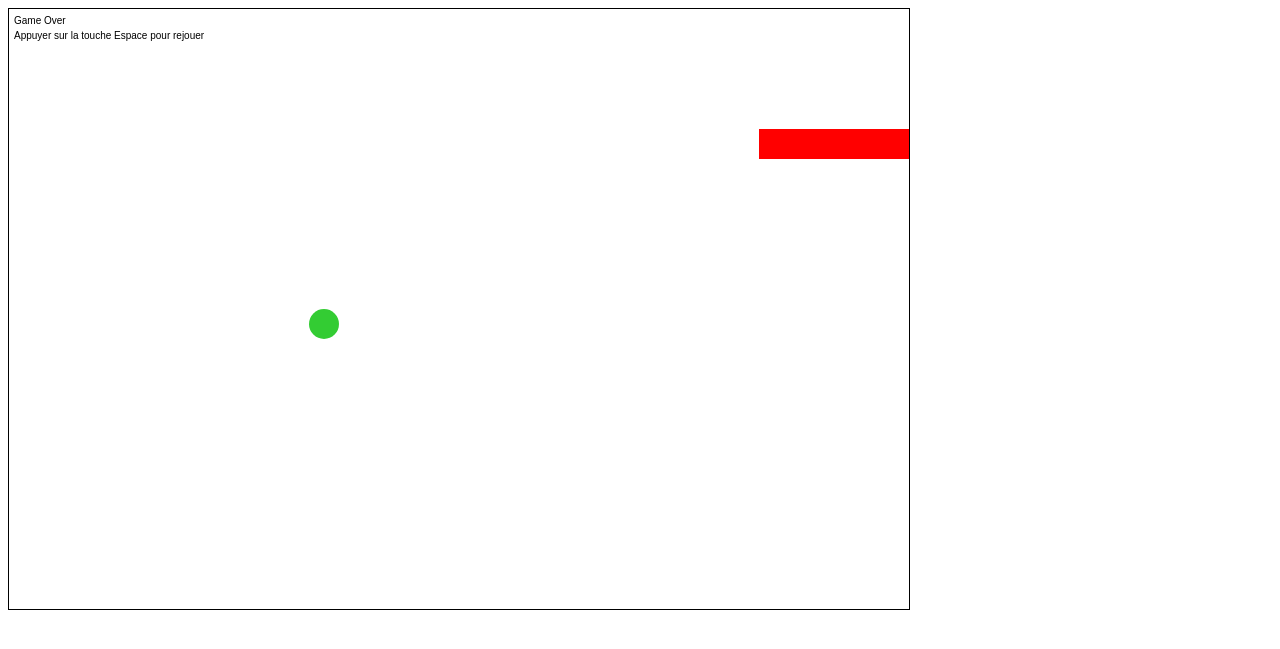
Repository: laben35/snake
Page: index.html
The author's editor kept a copy of each file at every save. The page is drawn from the files as they stood at one save, then again after the next save.
The browser window is 1280 px wide. The pictures show the whole page.

Above is the page before, as saved 2019-12-08 18:43:37.

After the next save:
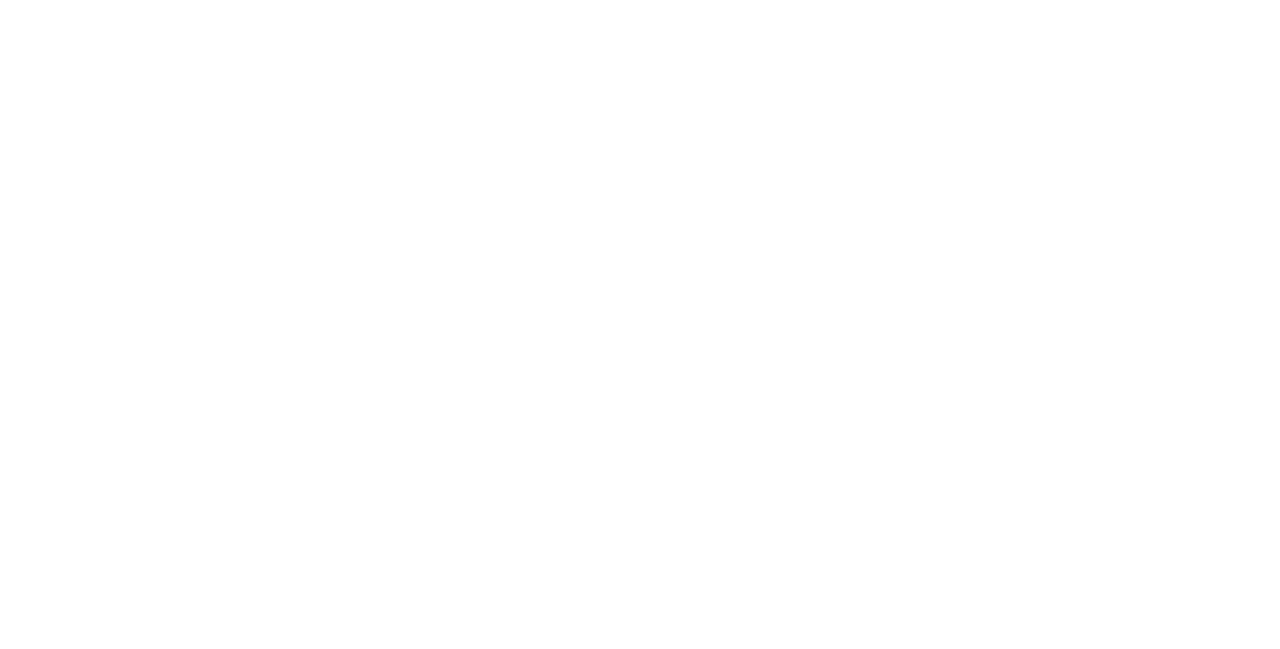
Console error: SyntaxError: Unexpected token ','
Saved 35 s later.
--- a/script.js
+++ b/script.js
@@ -74,8 +74,7 @@
     function drawScore()   //fonction qui permet d'afficher le score à l'écran
     {
         ctx.save();
-        ctx.fillText("Game Over", 5, 15);
-        ctx.fillText("Appuyer sur la touche Espace pour rejouer", 5, 30);
+        ctx.fillText(score., 5, 15);
         ctx.restore();
     }
 

After the save that followed:
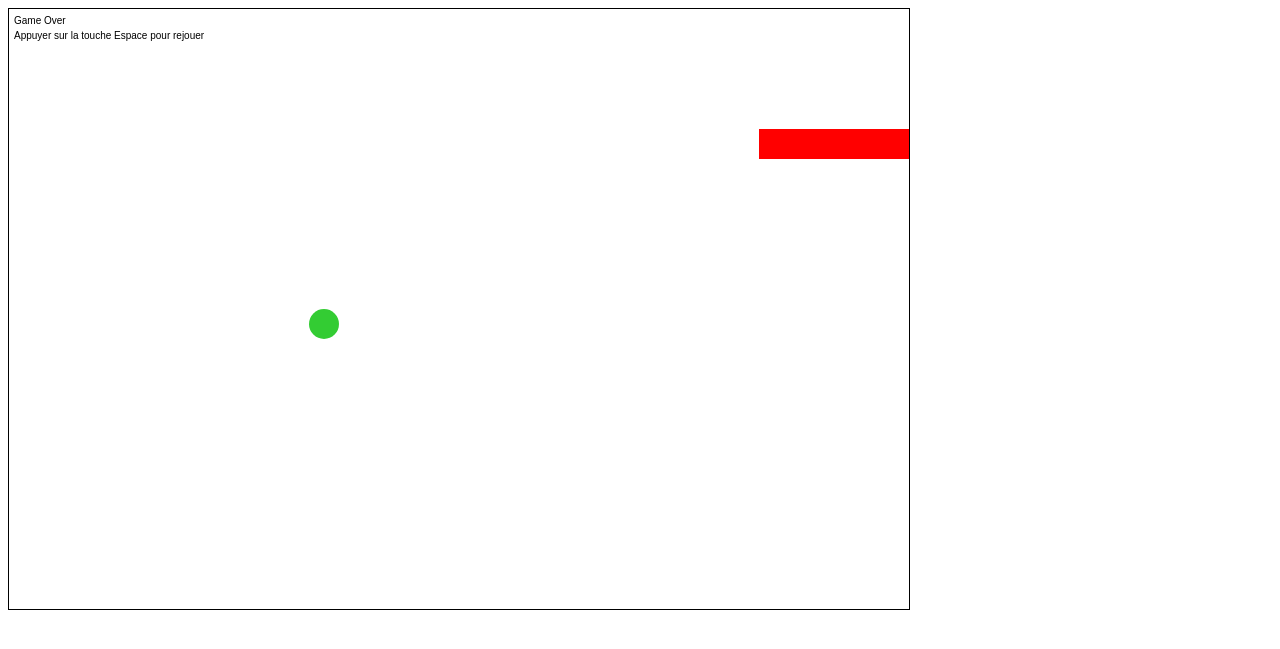
The error is gone.
Saved 22 s later.
--- a/script.js
+++ b/script.js
@@ -74,7 +74,7 @@
     function drawScore()   //fonction qui permet d'afficher le score à l'écran
     {
         ctx.save();
-        ctx.fillText(score., 5, 15);
+        ctx.fillText(score.toString(), 5, 15);
         ctx.restore();
     }
 
